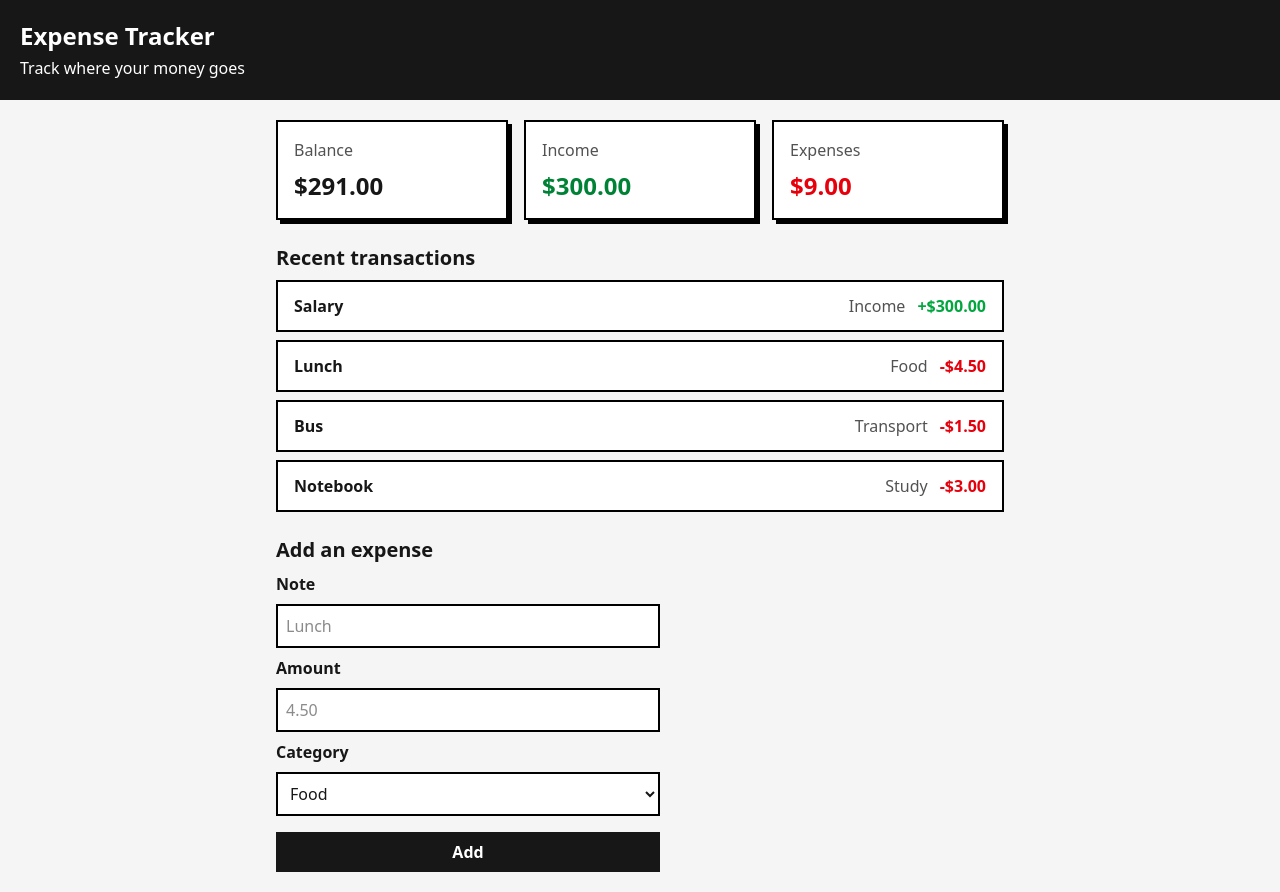
Repository: Keanbunheng/html-basics-Day1_AI
Page: expense-tracker-w2-d4-start/index.html
The author's editor kept a copy of each file at every save. The page is drawn from the files as they stood at one save, then again after the next save.
The browser window is 1280 px wide. The pictures show the whole page.

Above is the page before, as saved 2026-11-17 21:13:03.

### expense-tracker-w2-d4-start/index.html
<!doctype html>
<html lang="en">
  <head>
    <meta charset="UTF-8" />
    <meta name="viewport" content="width=device-width, initial-scale=1.0" />
    <title>Expense Tracker</title>
    <script src="https://cdn.jsdelivr.net/npm/@tailwindcss/browser@4.1.18"></script>
  </head>
  <body class="bg-neutral-100 text-neutral-900">
    <header class="bg-neutral-900 p-5 text-white">
      <h1 class="mb-1 text-2xl font-bold">Expense Tracker</h1>
      <p>Track where your money goes</p>
    </header>

    <main class="mx-auto max-w-3xl p-5">
      <section class="mb-6 flex flex-col gap-4 sm:flex-row">
        <div
          class="flex-1 border-2 border-black bg-white p-4 shadow-[4px_4px_0_#000]"
        >
          <p class="mb-2 text-neutral-600">Balance</p>
          <p class="text-2xl font-bold" id="total-money">$291.00</p>
        </div>
        <div
          class="flex-1 border-2 border-black bg-white p-4 shadow-[4px_4px_0_#000]"
        >
          <p class="mb-2 text-neutral-600">Income</p>
          <p class="text-2xl font-bold text-green-700" id="income-money">
            $300.00
          </p>
        </div>
        <div
          class="flex-1 border-2 border-black bg-white p-4 shadow-[4px_4px_0_#000]"
        >
          <p class="mb-2 text-neutral-600">Expenses</p>
          <p class="text-2xl font-bold text-red-600" id="expense-money">
            $9.00
          </p>
        </div>
      </section>

      <section class="mb-6">
        <h2 class="mb-2 text-xl font-bold">Recent transactions</h2>
        <ul id="list-container">
          <li
            class="mb-2 flex flex-col gap-1 border-2 border-black bg-white px-4 py-3 sm:flex-row sm:justify-between sm:gap-3"
          >
            <span class="flex-1 font-semibold">Salary</span>
            <span class="text-neutral-600">Income</span>
            <span class="font-bold text-green-700">+$300.00</span>
          </li>
          <li
            class="mb-2 flex flex-col gap-1 border-2 border-black bg-white px-4 py-3 sm:flex-row sm:justify-between sm:gap-3"
          >
            <span class="flex-1 font-semibold">Lunch</span>
            <span class="text-neutral-600">Food</span>
            <span class="font-bold text-red-600">-$4.50</span>
          </li>
          <li
            class="mb-2 flex flex-col gap-1 border-2 border-black bg-white px-4 py-3 sm:flex-row sm:justify-between sm:gap-3"
          >
            <span class="flex-1 font-semibold">Bus</span>
            <span class="text-neutral-600">Transport</span>
            <span class="font-bold text-red-600">-$1.50</span>
          </li>
          <li
            class="mb-2 flex flex-col gap-1 border-2 border-black bg-white px-4 py-3 sm:flex-row sm:justify-between sm:gap-3"
          >
            <span class="flex-1 font-semibold">Notebook</span>
            <span class="text-neutral-600">Study</span>
            <span class="font-bold text-red-600">-$3.00</span>
          </li>
        </ul>
      </section>

      <section>
        <h2 class="mb-2 text-xl font-bold">Add an expense</h2>
        <form class="flex max-w-sm flex-col gap-2" id="input">
          <label for="note" class="font-semibold">Note</label>
          <input
            id="note"
            type="text"
            placeholder="Lunch"
            class="border-2 border-black bg-white p-2"
          />

          <label for="amount" class="font-semibold">Amount</label>
          <input
            id="amount"
            type="number"
            step="0.01"
            placeholder="4.50"
            class="border-2 border-black bg-white p-2"
          />

          <label for="category" class="font-semibold">Category</label>
          <select id="category" class="border-2 border-black bg-white p-2">
            <option>Food</option>
            <option>Transport</option>
            <option>Study</option>
            <option>Other</option>
          </select>

          <button
            type="submit"
            class="mt-2 bg-neutral-900 p-2 font-semibold text-white"
            id="Button"
          >
            Add
          </button>
        </form>
      </section>
    </main>
    <script src="app.js"></script>
  </body>
</html>

### expense-tracker-w2-d4-start/app.js
const transactions = [
  {
    id: 1,
    note: 'Salary',
    category: 'Income',
    type: 'income',
    amountCents: 30000,
  },
  { id: 2, note: 'Lunch', category: 'Food', type: 'expense', amountCents: 450 },
  {
    id: 3,
    note: 'Bus',
    category: 'Transport',
    type: 'expense',
    amountCents: 150,
  },
  {
    id: 4,
    note: 'Notebook',
    category: 'Study',
    type: 'expense',
    amountCents: 300,
  },
];

function formatMoney(cents) {
  const sign = cents < 0 ? '-' : '';
  return sign + '$' + (Math.abs(cents) / 100).toFixed(2);
}

function totalCents(list) {
  return list.reduce((sum, tx) => sum + tx.amountCents, 0);
}

function filterByCategory(list, category) {
  return list.filter((tx) => tx.category === category);
}

function filterByType(list, type) {
  return list.filter((tx) => tx.type === type);
}

function summarize(list) {
  const incomeCents = totalCents(filterByType(list, 'income'));
  const expensesCents = totalCents(filterByType(list, 'expense'));
  return {
    incomeCents: incomeCents,
    expensesCents: expensesCents,
    balanceCents: incomeCents - expensesCents,
  };
}

function addTransaction(list, tx) {
  return [...list, tx];
}

// Practice 2 — the AI's totalExpenses, reviewed and fixed:
// whole cents, no off-by-one loop, no duplicated work.
function totalExpenses(list) {
  return totalCents(filterByType(list, 'expense'));
}

const notes = transactions.map((tx) => tx.note);

console.log(formatMoney(transactions[1].amountCents));

// ----- Checks -----
function check(name, actual, expected) {
  const ok = actual === expected;
  console.log(
    ok ? '✓' : '✗',
    name,
    ok ? '' : `(expected ${expected}, got ${actual})`,
  );
}

check('format 450', formatMoney(450), '$4.50');
check('total of all', totalCents(transactions), 30900);
check('Food count', filterByCategory(transactions, 'Food').length, 1);
check('expense count', filterByType(transactions, 'expense').length, 3);
check('balance', summarize(transactions).balanceCents, 29100);
check(
  'new length',
  addTransaction(transactions, {
    id: 5,
    note: 'Coffee',
    category: 'Food',
    type: 'expense',
    amountCents: 250,
  }).length,
  5,
);
check('notes', notes.join(','), 'Salary,Lunch,Bus,Notebook');
check('total expenses', totalExpenses(transactions), 900);

// Edge cases
check('total of empty list', totalCents([]), 0);
check('total expenses of empty list', totalExpenses([]), 0);
check('original list not changed', transactions.length, 4); // after addTransaction

const lists = document.querySelector('#list-container');
lists.innerHTML = transactions
  .map((ele) => {
    let isExpense = true;
    if (ele.type != 'expense') {
      isExpense = false;
    }
    return `
  <li class="mb-2 flex flex-col gap-1 border-2 border-black bg-white px-4 py-3 sm:flex-row sm:justify-between sm:gap-3">
    <span class="flex-1 font-semibold">${ele.note}</span>
    <span class="text-neutral-600">${ele.category}</span>
    <span class="font-bold ${isExpense ? 'text-red-600' : 'text-green-600'}">${isExpense ? '-' : '+'}${formatMoney(ele.amountCents)}</span>
  </li>
`;
  })
  .join('');

const totalMoney = document.getElementById('total-money').inn;
const incomeMoney = document.getElementById('income-money');
const expenseMoney = document.getElementById('expense-money');

After the next save:
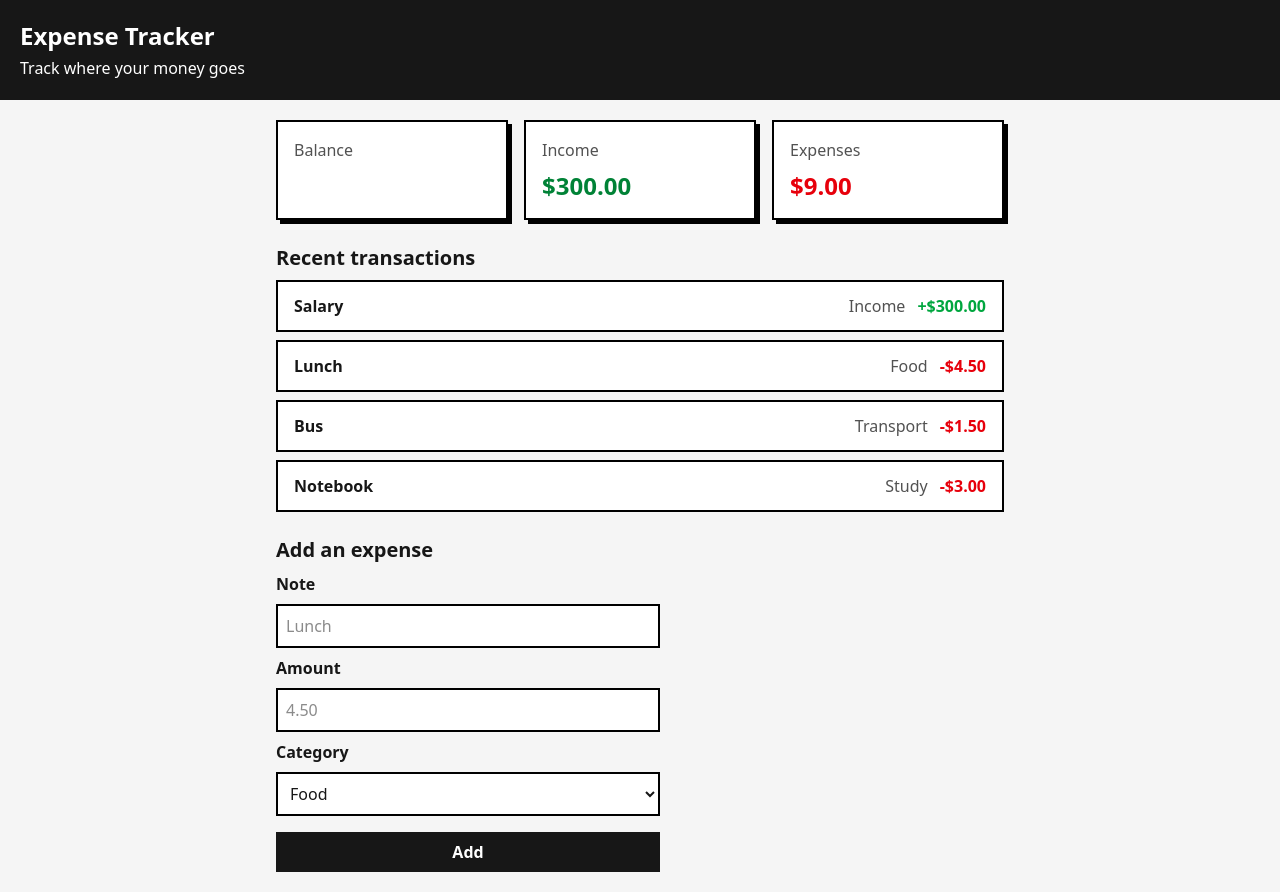
Saved 4 s later.
--- a/expense-tracker-w2-d4-start/app.js
+++ b/expense-tracker-w2-d4-start/app.js
@@ -115,6 +115,6 @@ lists.innerHTML = transactions
   })
   .join('');
 
-const totalMoney = document.getElementById('total-money').inn;
+const totalMoney = document.getElementById('total-money').innerText = "";
 const incomeMoney = document.getElementById('income-money');
 const expenseMoney = document.getElementById('expense-money');
